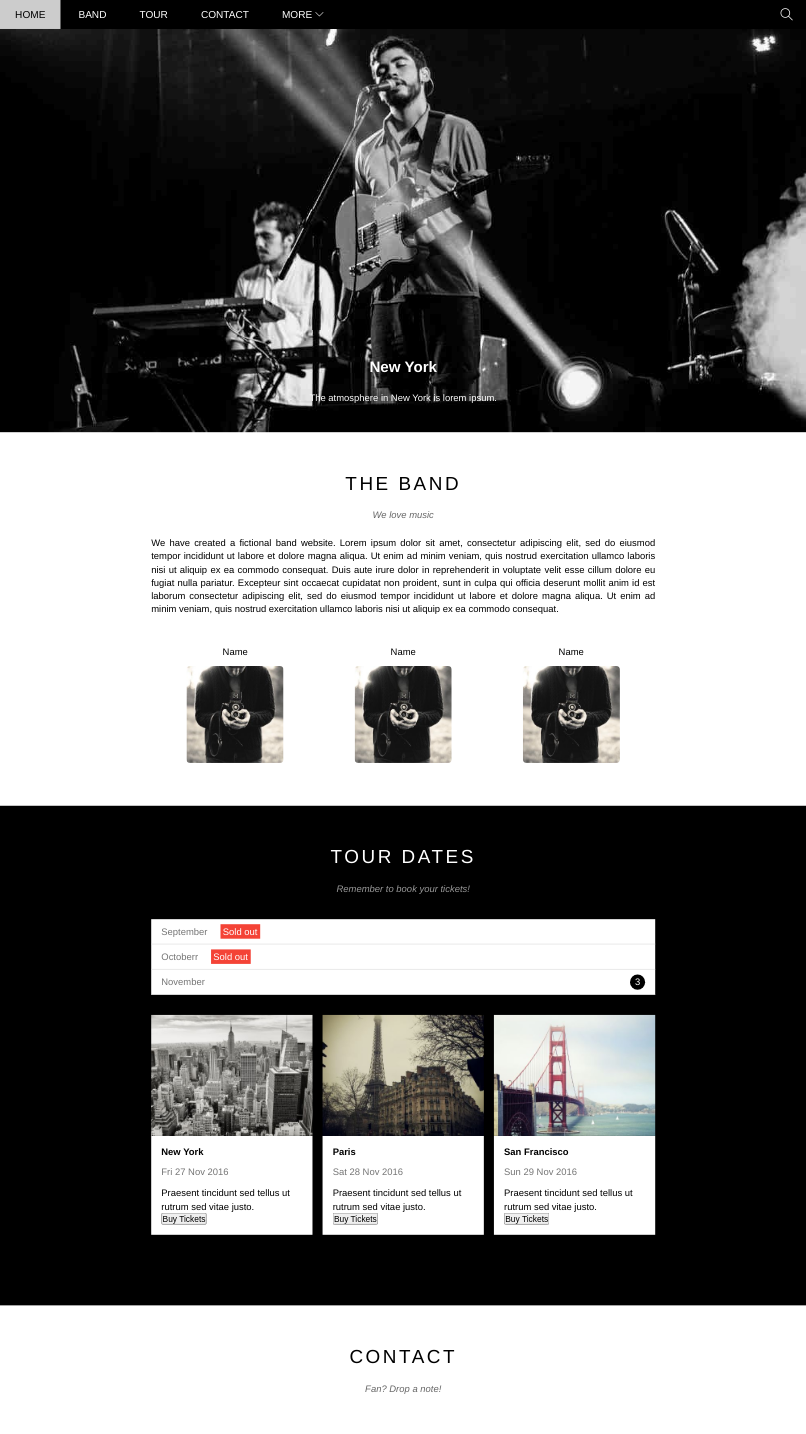
Repository: vophuocthanh/phuocthanhk03
Page: index.html
The author's editor kept a copy of each file at every save. The page is drawn from the files as they stood at one save, then again after the next save.
The browser window is 1280 px wide. The pictures show the whole page, at 63% of full size.

Above is the page before, as saved 2022-03-27 09:56:24.

### index.html
<!DOCTYPE html>
<html lang="en">

<head>
    <meta charset="UTF-8" />
    <meta http-equiv="X-UA-Compatible" content="IE=edge" />
    <meta name="viewport" content="width=device-width, initial-scale=1.0" />
    <title>THE BAND</title>
    <link rel="stylesheet" href="./asset/css/style.css" />
    <link rel="stylesheet" href="/asset/icon/themify-icons/themify-icons.css">
</head>

<body>
    <div id="main">
        <div id="header">
            <!-- Begin : nav -->
            <ul id="nav">
                <li><a href="">Home<a></li>
                <li><a href="">Band</a></li>
                <li><a href="">Tour</a></li>
                <li><a href="">Contact</a></li>
                <li>
                    <a href="">
                        More
                        <i class="nav-arrow-down ti-angle-down"></i>
                    </a>
                    <ul class="subnav">
                        <li><a href="">Merchandise</a></li>
                        <li><a href="">Extras</a></li>
                        <li><a href="">Media</a></li>
                    </ul>
                </li>
            </ul>
            <!-- End: nav -->

            <!-- Begin: Search -->
            <div class="search-btn">
                <i class="search-icon ti-search"></i>
            </div>
            <!-- End: Search -->
        </div>

        <div id="slider">
            <div class="text-content">
                <h2 class="text-heading">New York</h2>
                <div class="text-description">The atmosphere in New York is lorem ipsum.</div>
            </div>
        </div>

        <div id="content">
            <!-- About section -->
            <div class="content-section">
                <h2 class="section-heading">THE BAND</h2>
                <p class="section-sub-heading">We love music</p>
                <p class="about-text">We have created a fictional band website. Lorem ipsum dolor sit amet, consectetur adipiscing elit, sed do eiusmod tempor incididunt ut labore et dolore magna aliqua. Ut enim ad minim veniam, quis nostrud exercitation ullamco laboris nisi
                    ut aliquip ex ea commodo consequat. Duis aute irure dolor in reprehenderit in voluptate velit esse cillum dolore eu fugiat nulla pariatur. Excepteur sint occaecat cupidatat non proident, sunt in culpa qui officia deserunt mollit anim
                    id est laborum consectetur adipiscing elit, sed do eiusmod tempor incididunt ut labore et dolore magna aliqua. Ut enim ad minim veniam, quis nostrud exercitation ullamco laboris nisi ut aliquip ex ea commodo consequat.</p>

                <div class="members-list">
                    <div class="member-item">
                        <p class="member-name">Name</p>
                        <img src="./asset/img/band/member1.jpg" alt="Name" class="member-img">
                    </div>

                    <div class="member-item">
                        <p class="member-name">Name</p>
                        <img src="./asset/img/band/member1.jpg" alt="Name" class="member-img">
                    </div>

                    <div class="member-item">
                        <p class="member-name">Name</p>
                        <img src="./asset/img/band/member1.jpg" alt="Name" class="member-img">
                    </div>
                    <div class="clear"></div>
                </div>
            </div>




            <!-- Tour section -->
            <div class="tour-section">
                <div class="content-section">
                    <h2 class="section-heading
                    text-white">TOUR DATES</h2>
                    <p class="section-sub-heading text-white">Remember to book your tickets!</p>

                    <!-- ticket -->

                    <ul class="ticket-list">
                        <li>September <span class="sold-out">Sold out</span></li>
                        <li>Octoberr <span class="sold-out">Sold out</span></li>
                        <li>November <span class="quantily">3</span></li>
                    </ul>

                    <!-- Places -->
                    <div class="place-list">
                        <div class="place-item">
                            <img src="./asset/img/places/place1.jpg" alt="New York" class="place-img">
                            <div class="place-body">
                                <h3 class="place-heading">New York</h3>
                                <p class="place-time">Fri 27 Nov 2016</p>
                                <p class="place-desc">Praesent tincidunt sed tellus ut rutrum sed vitae justo.</p>
                                <button class="btn s-full-width js-buy-ticket">Buy Tickets</button>
                            </div>
                        </div>
                        <div class="place-item">
                            <img src="./asset/img/places/place2.jpg" alt="New York" class="place-img">
                            <div class="place-body">
                                <h3 class="place-heading">Paris</h3>
                                <p class="place-time">Sat 28 Nov 2016</p>
                                <p class="place-desc">Praesent tincidunt sed tellus ut rutrum sed vitae justo.</p>
                                <button class="btn s-full-width js-buy-ticket">Buy Tickets</button>
                            </div>
                        </div>
                        <div class="place-item">
                            <img src="./asset/img/places/palce3.jpg" alt="New York" class="place-img">
                            <div class="place-body">
                                <h3 class="place-heading">San Francisco</h3>
                                <p class="place-time">Sun 29 Nov 2016</p>
                                <p class="place-desc">Praesent tincidunt sed tellus ut rutrum sed vitae justo.</p>
                                <button class="btn s-full-width js-buy-ticket">Buy Tickets</button>
                            </div>
                        </div>
                        <div class="clear"></div>
                    </div>
                </div>

            </div>
            <!-- Contact section -->
            <div class="content-section">
                <h2 class="section-heading">CONTACT</h2>
                <p class="section-sub-heading">Fan? Drop a note!</p>
            </div>

            <div id="footer">

            </div>

        </div>

        <div class="modal js-modal">
            <div class="modal-container js-modal-container">
                <div class="modal-close js-modal-close">
                    <i class="ti-close"></i>
                </div>


                <header class="modal-header">
                    <i class="modal-heading-icon ti-bag"></i> Tickets
                </header>

                <div class="modal-body">
                    <label for="ticket-quantity" class="modal-label">
                        <i class="ti-shopping-cart"></i>
                        Tickets, $15 per person
                    </label>
                    <input id="ticket-quantity" type="text" class="modal-input" placeholder="How many?">

                    <label for="ticket-email" class="modal-label">
                        <i class="ti-user"></i>
                        Send to
                    </label>
                    <input id="ticket-email" type="email" class="modal-input" placeholder="Enter email...">


                    <button id="buy-tickets">
                        Pay <i class="ti-check"></i>
                    </button>
                </div>


                <footer class="modal-footer">
                    <p class="modal-help">Need <a href="">help?</a></p>
                </footer>
            </div>
        </div>


        <script>
            const buyBtns = document.querySelectorAll('.js-buy-ticket')

            const modal = document.querySelector('.js-modal')
            const modalContainer = document.querySelector('.js-modal-container')
            const modalclose = document.querySelector('.js-modal-close')


            // hàm hiển thị modal mua vé (thêm class vào open vào modal)
            function showBuytickets() {
                modal.classList.add('open')
            }
            // hàm ẩn modal mua vé (gỡ bỏ class vào open của modal)
            function hideBuytickets() {
                modal.classList.remove('open')
            }
            //lặp qua từng thẻ button và nghe hành vi click
            for (const buyBtn of buyBtns) {
                buyBtn.addEventListener('click', showBuytickets)
            }
            // nghe hành vi click vào button close
            modalclose.addEventListener('click', hideBuytickets)

            modal.addEventListener('click', hideBuytickets)

            modalContainer.addEventListener('click', function(event) {
                event.stopPropagation()
            })
        </script>

</body>

</html>

### asset/css/style.css
/*Reset*/

* {
    padding: 0;
    margin: 0;
    box-sizing: border-box;
}

html {
    font-family: Helvetica, Arial, sans-serif;
}


/*
 1. Từ ngoài vào trong
 2. Trên xuống dưới
 3. Từ tổng quan đến chi tiết

*/


/*
1. Vị Trí
2. Màu Sắc
3. Kích Thước
4.Kiểu Dáng */

.clear {
    clear: both;
}

.text-white {
    color: #fff !important;
}

.row {
    margin-left: -8px;
    margin-right: -8px;
}

#main {}

#header {
    height: 46px;
    background-color: #000;
    position: fixed;
    top: 0;
    left: 0;
    right: 0;
    z-index: 1;
}

#nav {
    display: inline-block;
}

.subnav {
    list-style-type: none;
}

#nav>li {
    display: inline-block;
}

#nav li {
    position: relative;
}

#nav>li>a {
    color: #fff;
    text-transform: uppercase;
}

#nav li a {
    color: #fff;
    text-decoration: none;
    line-height: 46px;
    padding: 0 24px;
    display: block;
}

#nav li:hover .subnav {
    display: block;
}

#nav>li:hover>a,
#nav .subnav li:hover {
    color: #000;
    background-color: #ccc;
}

#nav .subnav {
    display: none;
    position: absolute;
    top: 100%;
    left: 0;
    min-width: 160px;
    background-color: #fff;
    box-shadow: 0 0 10px rgba(0, 0, 0, 0.3);
}

#nav .subnav a {
    color: #000;
    padding: 0 12px;
}

#nav .nav-arrow-down {
    font-size: 14px;
}

#header .search-btn {
    float: right;
    padding: 0 21px;
    cursor: pointer;
}

#header .search-btn:hover {
    background-color: #f44336;
}

#header .search-icon {
    color: #fff;
    font-size: 20px;
    line-height: 46px;
}

#slider {
    position: relative;
    margin-top: 46px;
    padding-top: 50%;
    background: url("/asset/img/slider/slider1.jpg") top center / cover no-repeat;
}

#slider .text-content {
    position: absolute;
    bottom: 47px;
    color: #fff;
    left: 50%;
    transform: translate(-50%);
    text-align: center;
}

#slider .text-headin {
    font-weight: 500;
    font-size: 24px;
}

#slider .text-description {
    font-size: 15px;
    margin-top: 25px;
}

#content {}

#content .content-section {
    width: 800px;
    padding: 64px 0;
    margin-left: auto;
    margin-right: auto;
}

#content .section-heading {
    font-size: 30px;
    font-weight: 500;
    text-align: center;
    letter-spacing: 4px;
}

#content .section-sub-heading {
    font-size: 15px;
    text-align: center;
    margin-top: 25px;
    font-style: italic;
    opacity: 0.6;
}

#content .about-text {
    font-size: 15px;
    margin-top: 25px;
    text-align: justify;
    line-height: 1.4;
}

#content .members-list {
    margin-top: 48px;
}

#content .member-item {
    float: left;
    width: 33.3333%;
    text-align: center;
}

#content .member-name {
    font-size: 15px;
}

#content .member-img {
    width: 154px;
    margin-top: 15px;
    border-radius: 4%;
}


/* Tour-section */

.tour-section {
    background-color: #000;
}

.ticket-list {
    background-color: #fff;
    list-style: none;
    margin-top: 40px;
}

.ticket-list li {
    color: #757575;
    font-size: 15px;
    padding: 11px 16px;
    border-bottom: 1px solid #ddd;
}

.ticket-list .sold-out {
    background-color: #f44336;
    color: #fff;
    padding: 3px 4px;
    margin-left: 16px;
}

.ticket-list .quantily {
    float: right;
    width: 24px;
    height: 24px;
    background-color: #000;
    color: #fff;
    border-radius: 50%;
    text-align: center;
    line-height: 24px;
    margin-top: -3px;
}


/* Places */

.place-list {
    margin: 32px -8px 0;
    padding-bottom: 48px;
}

.place-item {
    float: left;
    width: 33.33333%;
    padding: 0 8px;
}

.place-img {
    width: 100%;
    display: block;
}

.place-img:hover {
    opacity: 0.6;
}

.place-body {
    padding: 16px;
    font-size: 15px;
    background-color: #fff;
}

.place-heading {
    font-size: 15px;
    font-weight: 600;
}

.place-time {
    margin-top: 15px;
    color: #757575;
}

.place-desc {
    margin-top: 15px;
    line-height: 1.4;
}

.place-buy-btn {
    background-color: #000;
    color: #fff;
    text-decoration: none;
    padding: 11px 16px;
    display: inline-block;
    margin-top: 15px;
}

.place-buy-btn:hover {
    color: #000;
    background-color: #ccc;
}


/* Foote section */

#foote {}


/* Modal */

.modal {
    position: fixed;
    top: 0;
    right: 0;
    bottom: 0;
    left: 0;
    background-color: rgba(0, 0, 0, 0.4);
    align-items: center;
    justify-content: center;
    display: none;
}

.modal-container {
    background-color: #fff;
    width: 900px;
    max-width: calc(100% - 32px);
    min-height: 200px;
    position: relative;
    animation: modalFaceIn ease 0.5s;
}

.modal-header {
    background-color: #009688;
    height: 129px;
    display: flex;
    align-items: center;
    justify-content: center;
    font-size: 30px;
    color: #fff;
}

.modal-heading-icon {
    margin-right: 16px;
}

.modal-close:hover {
    opacity: 1;
}

.modal-close {
    position: absolute;
    right: 0;
    top: 0;
    color: #fff;
    padding: 10px;
    cursor: pointer;
    opacity: 0.8;
}

.modal-body {
    padding: 16px;
}

.modal-label {
    display: block;
    font-size: 15px;
    margin-bottom: 12px;
}

.modal-input {
    border: 1px solid #ccc;
    width: 100%;
    padding: 10px;
    font-size: 15px;
    margin-bottom: 24px;
}

#buy-tickets {
    background: #009688;
    border: none;
    color: #fff;
    width: 100%;
    font-size: 15px;
    text-transform: uppercase;
    padding: 18px;
    cursor: pointer;
}

#buy-tickets:hover {
    opacity: 0.9;
}

.modal-footer {
    padding: 16px;
    text-align: right;
    color: #2196f3;
}

.modal-footer a {
    color: #2196f3;
}

@keyframes modalFaceIn {
    from {
        opacity: 0;
        transform: translateY(-140px);
    }
    to {
        opacity: 1;
        transform: translateY(0);
    }
}

Loaded but not shown: asset/icon/themify-icons/themify-icons.css (common file)

After the next save:
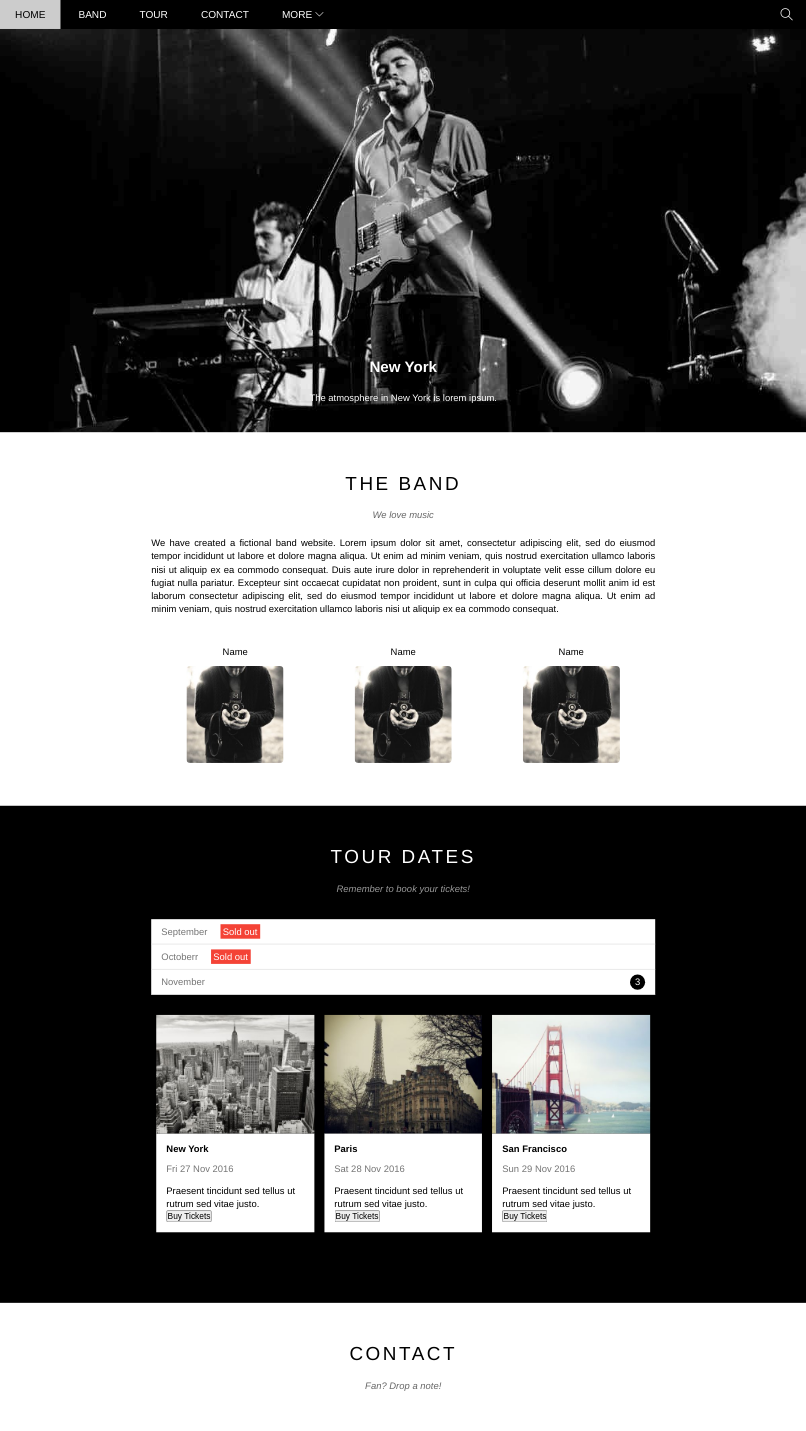
Saved 2 min 17 s later.
--- a/asset/css/style.css
+++ b/asset/css/style.css
@@ -36,6 +36,12 @@ html {
 .row {
     margin-left: -8px;
     margin-right: -8px;
+}
+
+.col {
+    float: left;
+    padding-left: 8px;
+    padding-right: 8px;
 }
 
 #main {}
@@ -244,8 +250,9 @@ html {
 /* Places */
 
 .place-list {
-    margin: 32px -8px 0;
-    padding-bottom: 48px;
+    /* padding-bottom: 48px; */
+    margin-top: 32px;
+    margin-bottom: 48px;
 }
 
 .place-item {

After the save that followed:
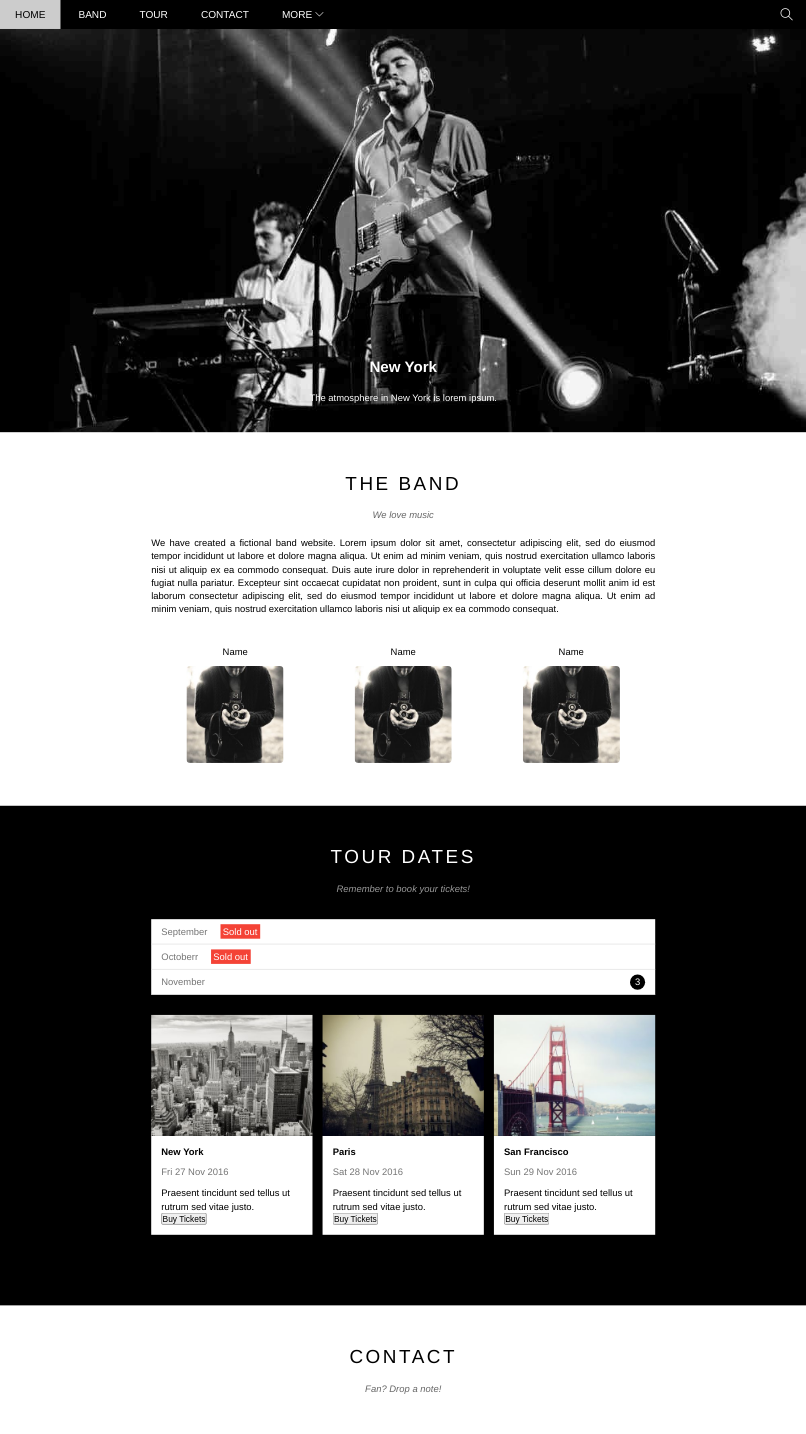
Saved 10 s later.
--- a/index.html
+++ b/index.html
@@ -94,7 +94,7 @@
                     </ul>
 
                     <!-- Places -->
-                    <div class="place-list">
+                    <div class="row place-list">
                         <div class="place-item">
                             <img src="./asset/img/places/place1.jpg" alt="New York" class="place-img">
                             <div class="place-body">
